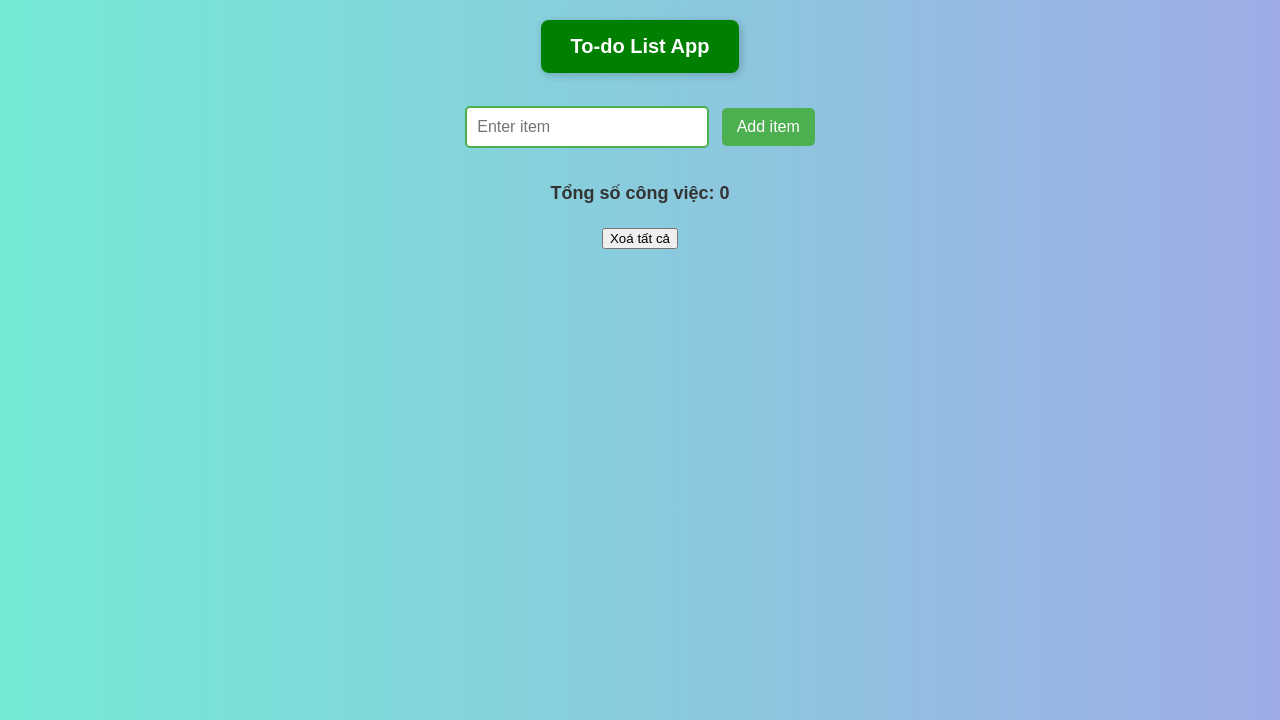
Repository: binhphanbp/WEB2064_JavaScript-Advanced_WD20305
Page: lesson4/lesson4.html
An editor plug-in stored every save of this project. The page is shown before and after the next save, followed by the edit.
The browser window is 1280 px wide. The pictures show the whole page.

Above is the page before, as saved 2025-09-24 12:29:36.

### lesson4/lesson4.html
<!DOCTYPE html>
<html lang="en">
  <head>
    <meta charset="UTF-8" />
    <meta name="viewport" content="width=device-width, initial-scale=1.0" />
    <title>Document</title>

    <style>
      body {
        font-family: Arial, sans-serif;
        background: linear-gradient(to right, #74ebd5, #9face6);
        margin: 0;
        padding: 0;
        display: flex;
        flex-direction: column;
        align-items: center;
        min-height: 100vh;
      }

      h1 {
        margin-top: 20px;
        font-size: 28px;
        background-color: #4caf50;
        color: white;
        padding: 15px 30px;
        border-radius: 8px;
        box-shadow: 2px 2px 8px rgba(0, 0, 0, 0.2);
      }

      #divTodo {
        margin: 20px 0;
      }

      #divTodo input {
        padding: 10px;
        font-size: 16px;
        border: 2px solid #4caf50;
        border-radius: 5px;
        outline: none;
        width: 220px;
        transition: 0.3s;
      }

      #divTodo input:focus {
        border-color: #2e7d32;
        box-shadow: 0 0 6px rgba(46, 125, 50, 0.5);
      }

      #divTodo button {
        padding: 10px 15px;
        margin-left: 8px;
        font-size: 16px;
        color: white;
        background-color: #4caf50;
        border: none;
        border-radius: 5px;
        cursor: pointer;
        transition: 0.3s;
      }

      #divTodo button:hover {
        background-color: #2e7d32;
      }

      #ulTag {
        list-style-type: none;
        padding: 0;
        margin: 0;
        width: 300px;
      }

      #ulTag li {
        background-color: #fff;
        margin: 8px 0;
        padding: 10px 15px;
        border-radius: 5px;
        display: flex;
        justify-content: space-between;
        align-items: center;
        box-shadow: 2px 2px 5px rgba(0, 0, 0, 0.1);
        cursor: pointer;
        transition: 0.3s;
      }

      #ulTag li:hover {
        background-color: #f1f1f1;
      }

      #ulTag li.completed {
        text-decoration: line-through;
        color: gray;
        background-color: #e0e0e0;
      }

      #ulTag li button {
        background-color: crimson;
        border: none;
        color: white;
        padding: 5px 10px;
        font-size: 14px;
        border-radius: 5px;
        cursor: pointer;
        transition: 0.3s;
      }

      button.delete {
        background-color: darkred;
      }

      #ulTag li button:hover {
        background-color: darkred;
      }

      h4 {
        margin-top: 15px;
        font-size: 18px;
        color: #333;
      }
    </style>
  </head>
  <body>
    <h1 id="h1Tag">To-do List App</h1>
    <div id="divTodo"></div>
    <ul id="ulTag"></ul>

    <script>
      const h1Tag = document.getElementById('h1Tag');
      const divTodo = document.getElementById('divTodo');
      const ulTag = document.getElementById('ulTag');

      // 1. Sử dụng style
      h1Tag.style = 'background-color: green; color: white';
      h1Tag.style.fontSize = '20px';

      // 2. Sử dụng với className
      h1Tag.className = 'styleH1';

      // 3. Sử dụng classList
      h1Tag.classList.add('anotherStyleH1');
      h1Tag.classList.remove('anotherStyleH1');

      // 4. Thêm một phần tử mới bằng createElement
      // const liTag = document.createElement('li');
      // liTag.innerText = 'Learn JavaScript Advanced';
      // ulTag.appendChild(liTag);

      // 5. Thêm phần tử bằng HTML
      divTodo.innerHTML = `
        <input type="text" placeholder="Enter item">
        <button id = 'btnAdd' type="submit">Add item</button>
      `;

      // Chọn phần tử input, button. Bấm nút thêm thì lấy giá trị trong input
      const inputTag = document.querySelector('input');
      const btnAdd = document.querySelector('#btnAdd');

      btnAdd.addEventListener('click', () => {
        const liTag = document.createElement('li');
        const btnDelete = document.createElement('button');
        const inputValue = inputTag.value;
        liTag.innerText = inputValue;
        liTag.addEventListener('click', () => {
          liTag.classList.toggle('completed');
        });

        // insertAdjacentElement
        ulTag.insertAdjacentElement('beforeend', liTag);

        inputTag.value = '';

        updateTaskCount();
      });

      // 6. Chèn phần tử bằng after
      const h4Tag = document.createElement('h4');
      const updateTaskCount = () => {
        const totalTasks = document.querySelectorAll('li').length;

        h4Tag.innerText = `Tổng số công việc: ${totalTasks}`;
        ulTag.after(h4Tag);
      };
      updateTaskCount();

      // 7. Xoá phần tử bằng remove hoặc innerHTML = ''
      const btnDelAlt = document.createElement('button');
      btnDelAlt.innerText = 'Xoá tất cả';
      btnDelAlt.addEventListener('click', () => {
        ulTag.innerHTML = '';
        // ulTag.remove();
        updateTaskCount();
      });
      h4Tag.after(btnDelAlt);
    </script>
  </body>
</html>

After the next save:
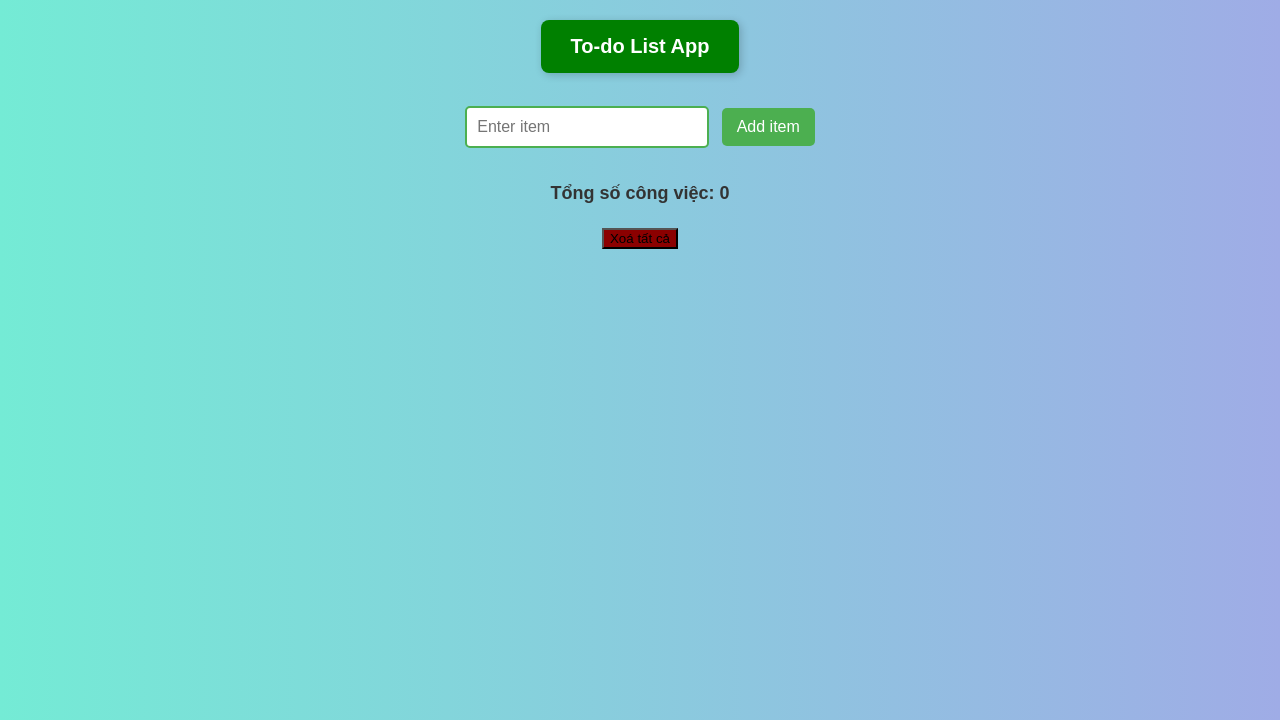
Saved 19 s later.
--- a/lesson4/lesson4.html
+++ b/lesson4/lesson4.html
@@ -183,6 +183,7 @@
 
       // 7. Xoá phần tử bằng remove hoặc innerHTML = ''
       const btnDelAlt = document.createElement('button');
+      btnDelAlt.className = 'delete';
       btnDelAlt.innerText = 'Xoá tất cả';
       btnDelAlt.addEventListener('click', () => {
         ulTag.innerHTML = '';
